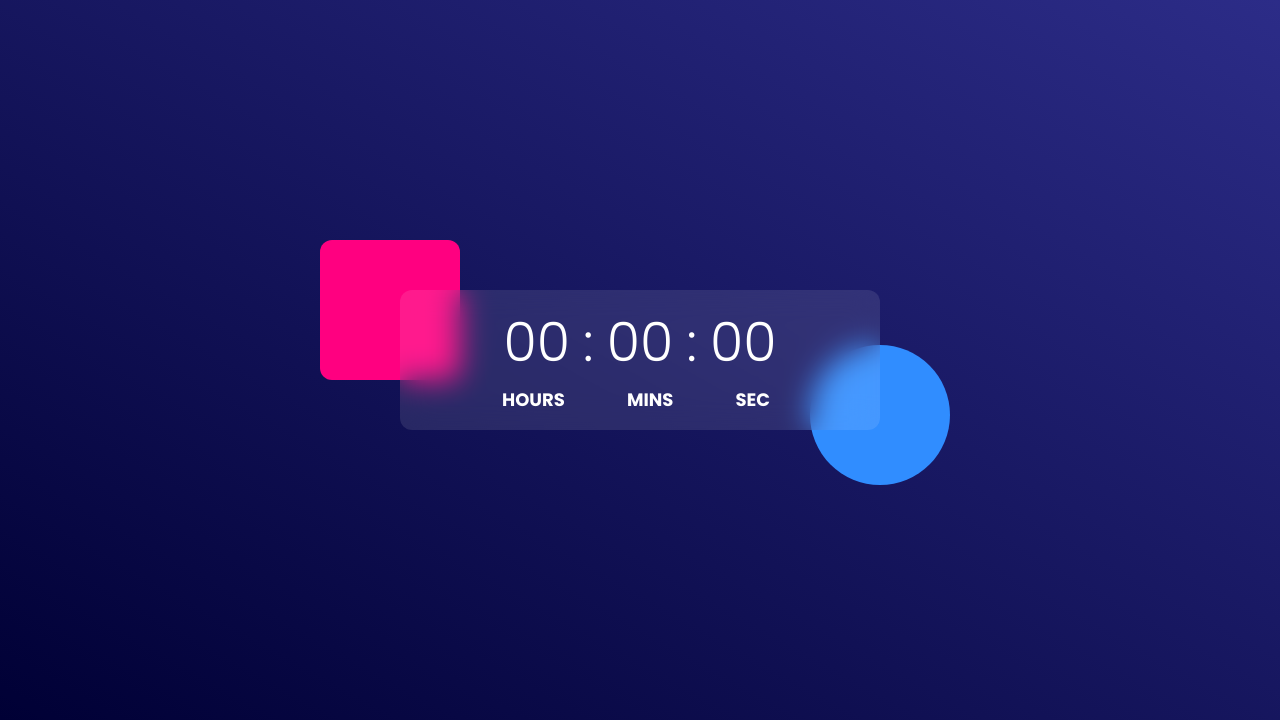
Repository: Ankitkr2021/Digital_Clock
Page: index.html
These files come from the project's save history. The page is drawn as it stood at one moment and after the next save; the edit follows.
The browser window is 1280 px wide. The pictures show the whole page.

Above is the page before, as saved 2025-10-26 04:00:17.
Console error: TypeError: Cannot set properties of null (setting 'innerHTML')

### index.html
<!DOCTYPE html>
<html lang="en">
<head>
    <meta charset="UTF-8">
    <meta name="viewport" content="width=device-width, initial-scale=1.0">
    <title>Digital clock</title>
    <link rel="stylesheet" href="./style.css">
</head>
<body>
    <div class="pink"></div>
    <div class="clock">
        <div class="time">
        <span id="hours">00</span>
        <span>:</span>
        <span id="mins">00</span>
        <span>:</span>
        <span id="sec">00</span>
        </div>
        <div class="bottom">
            <h4>HOURS</h4>
            <h4>MINS</h4>
            <h4>SEC</h4>
        </div>
    </div>
    <div class="blue"></div>
    <script src="./main.js"></script>
</body>
</html>

### style.css
@import url("https://fonts.googleapis.com/css2?family=Poppins:wght@100;200;300;400;500;600;700;800;900&display=swap");

*{
    margin: 0;
    padding: 0;
    box-sizing: border-box;
    font-family: "Poppins",sans-serif;
}

body{
    display: flex;
    align-items: center;
    justify-content: center;
    height: 100vh;
    width: 100%;
    background: linear-gradient(to top right, rgb(0, 0, 53), rgba(18, 18, 121, 0.89) );
}


.clock {
    display: flex;
    align-items: center;
    justify-content: space-evenly;
    flex-direction: column;
    background: rgba(255, 255, 255, 0.1);
    width: 480px;
    height: 140px;
    color: #fff;
    z-index: 1;
    overflow: hidden;
    border-radius: 12px;
     backdrop-filter: blur(15px);
  -webkit-backdrop-filter: blur(15px);
}

.pink{
    /* filter: blur(2px); */
    position: relative;
    width: 140px;
    height: 140px;
    bottom: 50px;
    left: 60px;
    background: rgba(255, 0, 128);
    z-index: -1;
    border-radius: 12px;
}

.blue{
    /* filter: blur(2px); */
    position: relative;
    width: 140px;
    height: 140px;
    top: 50px;
    right: 70px;
    background: rgb(48, 141, 255);
    z-index: -1;
    border-radius: 50%;
    margin-top: 10px;
}

.time {
    width: 300px;
    display: flex;
    justify-content: space-evenly;
}

span{
    display: flex;
    align-items: center;
    justify-content: space-evenly;
    font-size: 54px;
    font-weight: 300;
    margin-top: 10px;
}

.bottom {
    display: flex;
    justify-content: space-evenly;
    width: 400px;
    font-size: 18px;
    font-weight: 200;
    margin-bottom: 15px;
    padding-right: 8px;
}

### main.js
let hour = document.getElementById("hour");
let mins = document.getElementById("mins");
let sec = document.getElementById("sec");

let currentTime = new Date();

hour.innerHTML = currentTime.getHours();
mins.innerHTML = currentTime.getMinutes();
sec.innerHTML = currentTime.getSeconds();

After the next save:
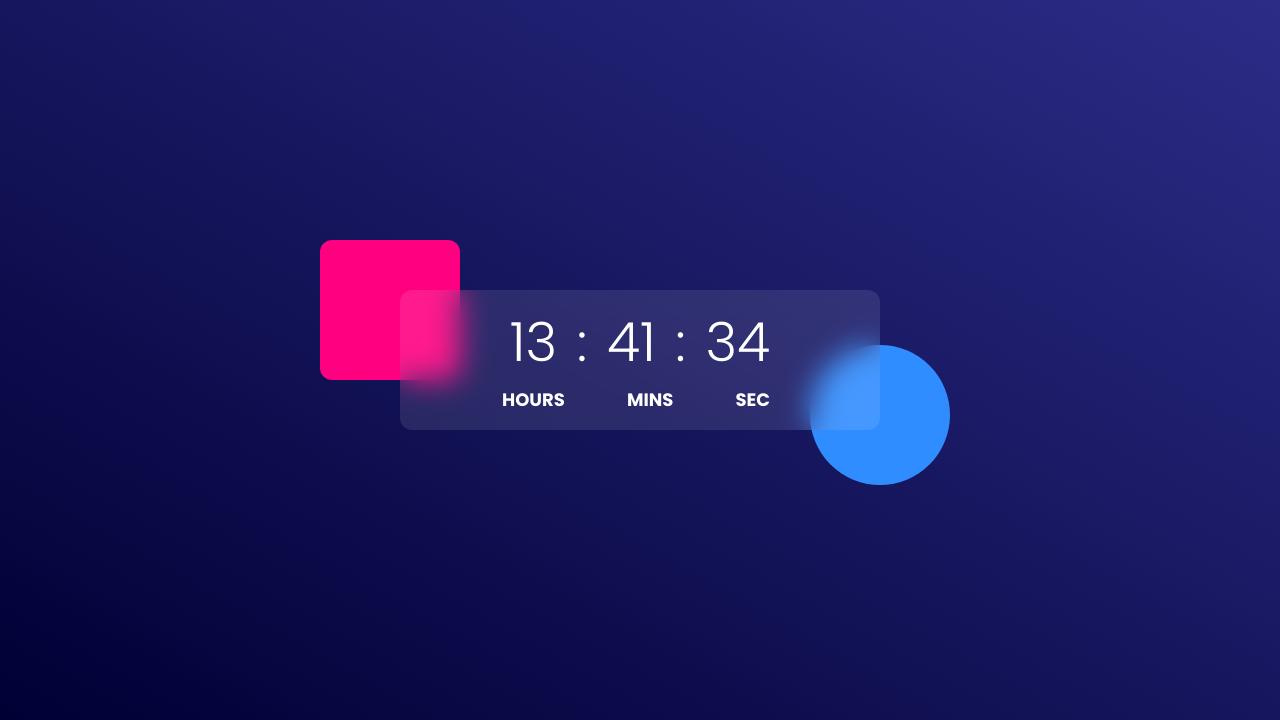
The error is gone.
Saved 100 s later.
--- a/main.js
+++ b/main.js
@@ -1,4 +1,4 @@
-let hour = document.getElementById("hour");
+let hour = document.getElementById("hours");
 let mins = document.getElementById("mins");
 let sec = document.getElementById("sec");
 
